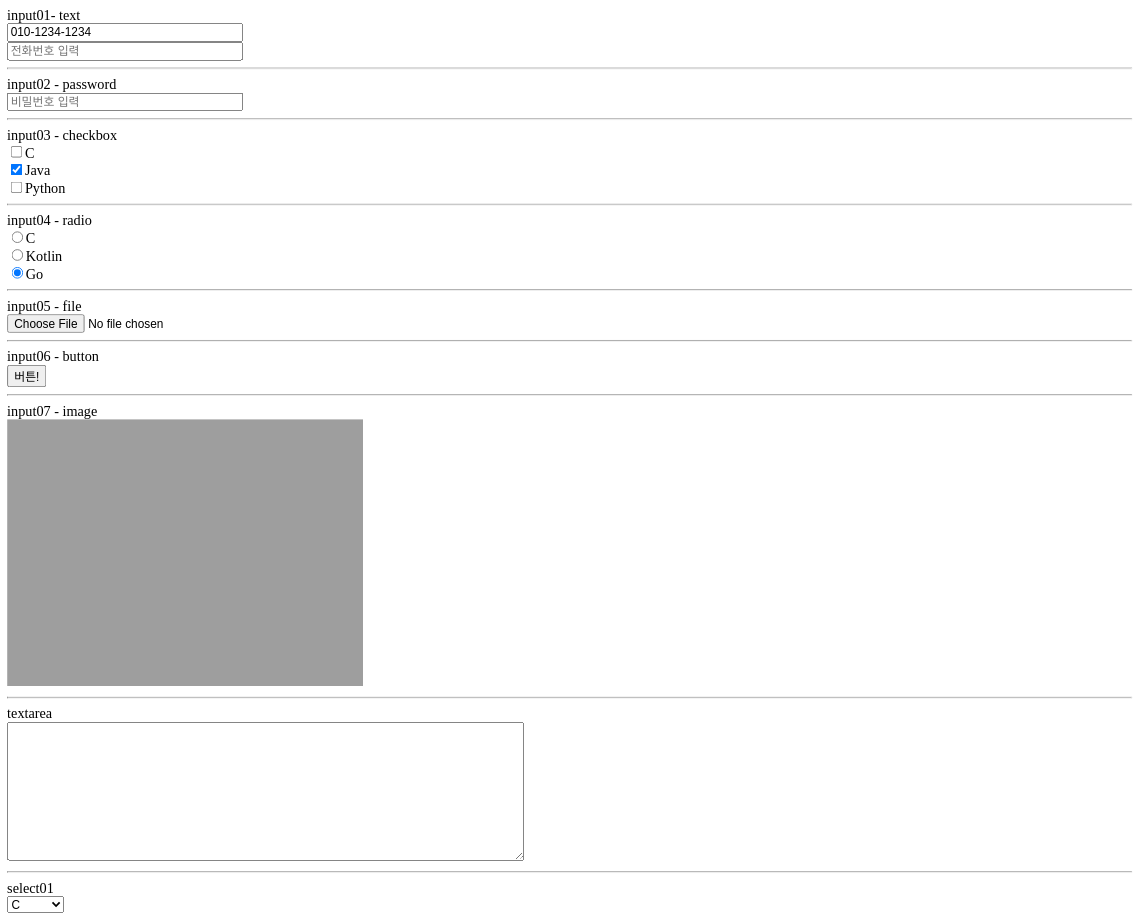
Repository: jjb5442/JSP
Page: 3Day/workspace/02_HTML_tutorial/src/main/webapp/08_Tutorial.html
These files come from the project's save history. The page is drawn as it stood at one moment and after the next save; the edit follows.
The browser window is 1280 px wide. The pictures show the whole page, at 89% of full size.
Pictures or frames that could not be fetched are drawn as grey boxes.

Above is the page before, as saved 2022-05-14 03:38:50.

### 3Day/workspace/02_HTML_tutorial/src/main/webapp/08_Tutorial.html
<!DOCTYPE html>
<html>
<head>
<meta charset="UTF-8">
<title>Insert title here</title>
</head>
<body>
	input01- text<br>
	<!-- type : input태그가 받을 정보의 타입을 설정 -->
	<!-- text : 문자 -->
	<!-- size : input태그의 너비를 설정 -->
	<!-- maxlength : input태그 최대 입력 글자 수 -->
	<!-- value : 초기값 지정-->
	<input type="text" size="30" maxlength="20" value="010-1234-1234"><br/>
	<!-- placeholder : input태그에 입력할 데이터에 대한 힌트를 출력 -->
	<input type="text" size="30" maxlength="20" placeholder="전화번호 입력"><br/>
	<hr/>

	input02 - password<br/>
	<!-- password : 비밀번호 입력 타입 -->
	<input type="password" size="30" maxlength="20" placeholder="비밀번호 입력"><br/>
	<hr/>

	<!-- checkbox : 항목을 선택하는 타입 -->
	input03 - checkbox<br/>
	<input type="checkbox" value="C">C<br/>
	<!-- checked : 기본값이 체크가 활성화된 상태로 지정 -->
	<input type="checkbox" value="Java" checked>Java<br/>
	<input type="checkbox" value="Python">Python<br/>
	<hr/>

	<!-- radio : 여러 항목중 하나만 선택이 가능한 타입 여러 항목을 하나의 name으로 통일 해주어야 한다. -->
	<!-- name : 그룹을 통일할 때 사용하는 속성 -->
	input04 - radio<br/>
	<input type="radio" name="language" value="C++">C<br/>
	<input type="radio" name="language" value="Kotlin">Kotlin<br/>
	<input type="radio" name="language" value="Go" checked>Go<br/>
	<hr/>

	<!-- file : 파일을 브라우저에 업로드 할때 사용하는 타입 -->
	input05 - file<br/>
	<input type="file">
	<hr/>

	<!-- button : input 태그를 버튼 타입으로 수정 -->
	input06 - button<br/>
	<input type="button" value="버튼!"><br/>
	<hr/>

	<!-- image : input태그를 이미지 타입으로 수정 -->
	input07 - image<br/>
	<input type="image" src="resource/images/고양이2.gif"><br/>
	<hr/>

	<!-- textarea : 영역을 지정하여 그 안에 글을 쓸 수 있는 태그 -->
	<!-- rows : 행 수 지정 -->
	<!-- cols : 열 수 지정 -->
	textarea<br/>
	<textarea rows="10" cols="70"></textarea>
	<hr/>

	select01<br>
	<select>
		<option value="C">C</option>
		<option value="C++">C++</option>
		<option value="Java">Java</option>
		<option value="C#">C#</option>
		<option value="Python">Python</option>
		<option value="Kotlin">Kotlin</option>
	</select>
</body>
</html>

After the next save:
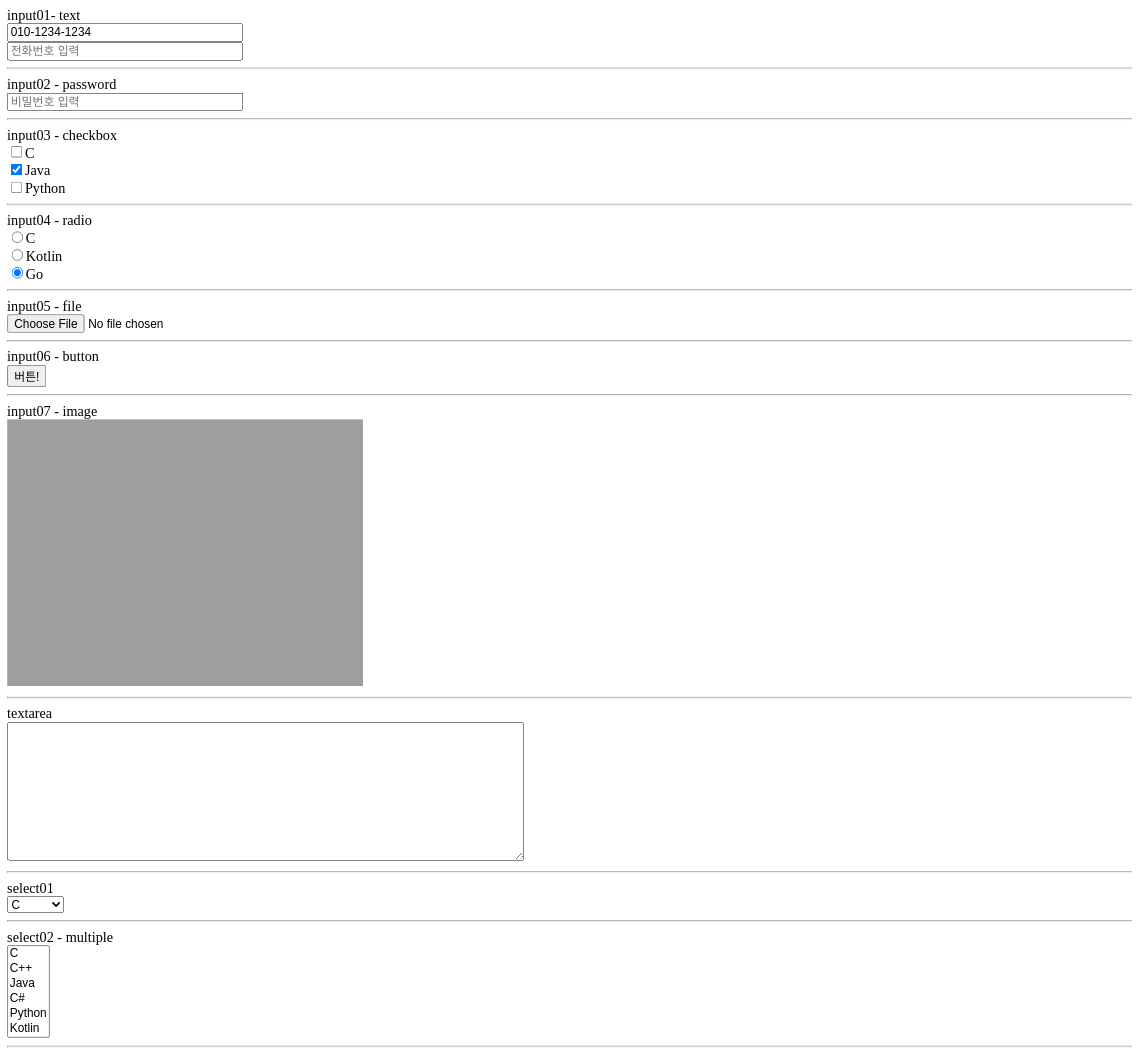
Saved 2 min 13 s later.
--- a/3Day/workspace/02_HTML_tutorial/src/main/webapp/08_Tutorial.html
+++ b/3Day/workspace/02_HTML_tutorial/src/main/webapp/08_Tutorial.html
@@ -59,6 +59,7 @@
 	<textarea rows="10" cols="70"></textarea>
 	<hr/>
 
+	<!-- select : 여러 항목중 선택하는 태그 -->
 	select01<br>
 	<select>
 		<option value="C">C</option>
@@ -68,5 +69,18 @@
 		<option value="Python">Python</option>
 		<option value="Kotlin">Kotlin</option>
 	</select>
+	<hr/>
+
+
+	select02 - multiple<br>
+	<select multiple size="6">
+		<option value="C">C</option>
+		<option value="C++">C++</option>
+		<option value="Java">Java</option>
+		<option value="C#">C#</option>
+		<option value="Python">Python</option>
+		<option value="Kotlin">Kotlin</option>
+	</select>
+	<hr/>
 </body>
 </html>
